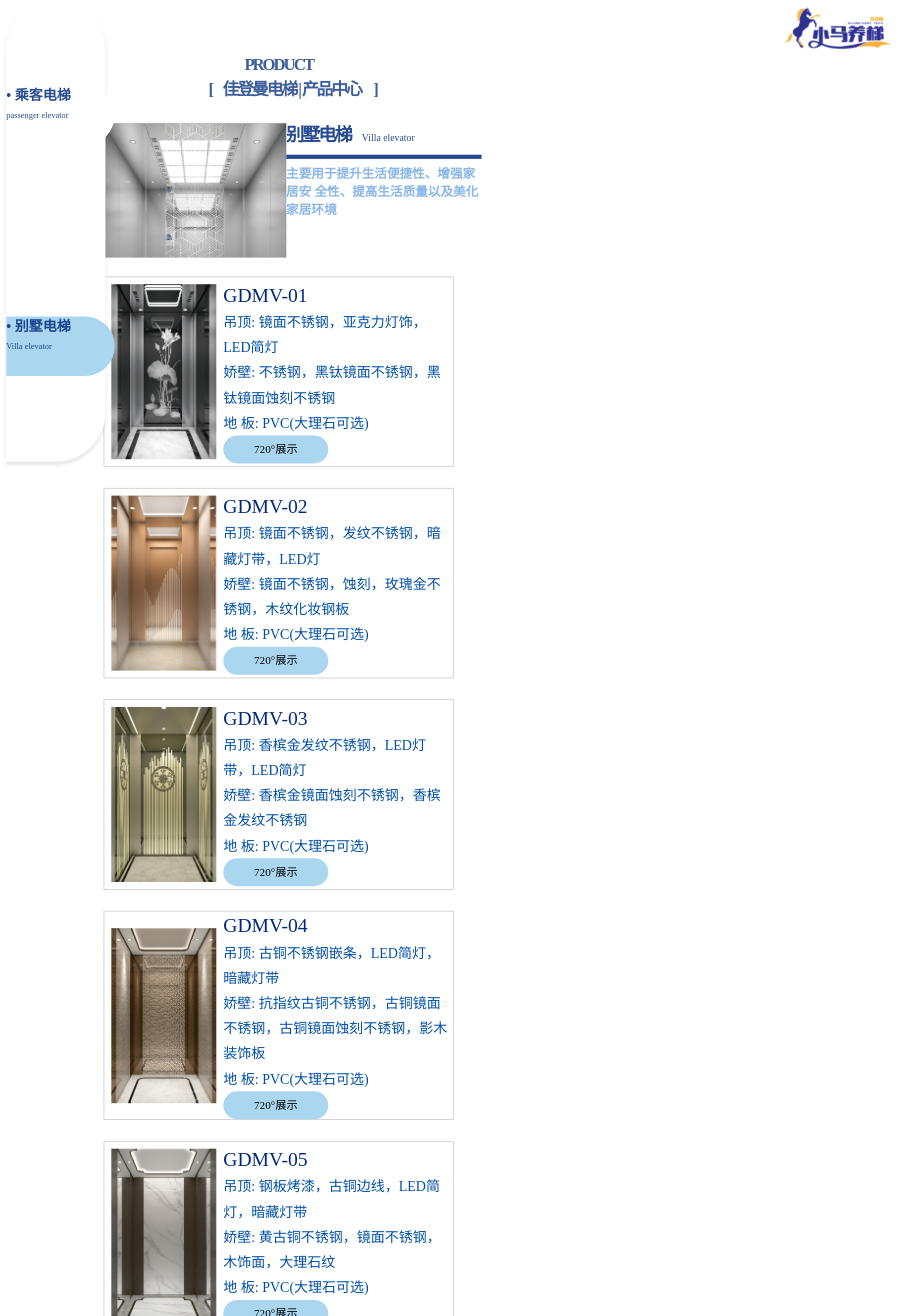
Repository: XIE-code/elevator-ipad
Page: /#/product/Villa
These files come from the project's save history. The page is drawn as it stood at one moment and after the next save; the edit follows.
The browser window is 1280 px wide. The page is 1288 px wide, so the pictures cover 1288 px, including what lies to the right of the window. The pictures show the part of the page from y = 0 to 1880 px (the page is 2808 px tall), at 70% of full size.
The project was rebuilt for these pictures with package versions that can differ from the ones it lists, and the page was loaded fresh each time. Also part of the build but not shown: vue.config.js.

Above is the page before, as saved 2025-03-25 17:01:46.

After the next save:
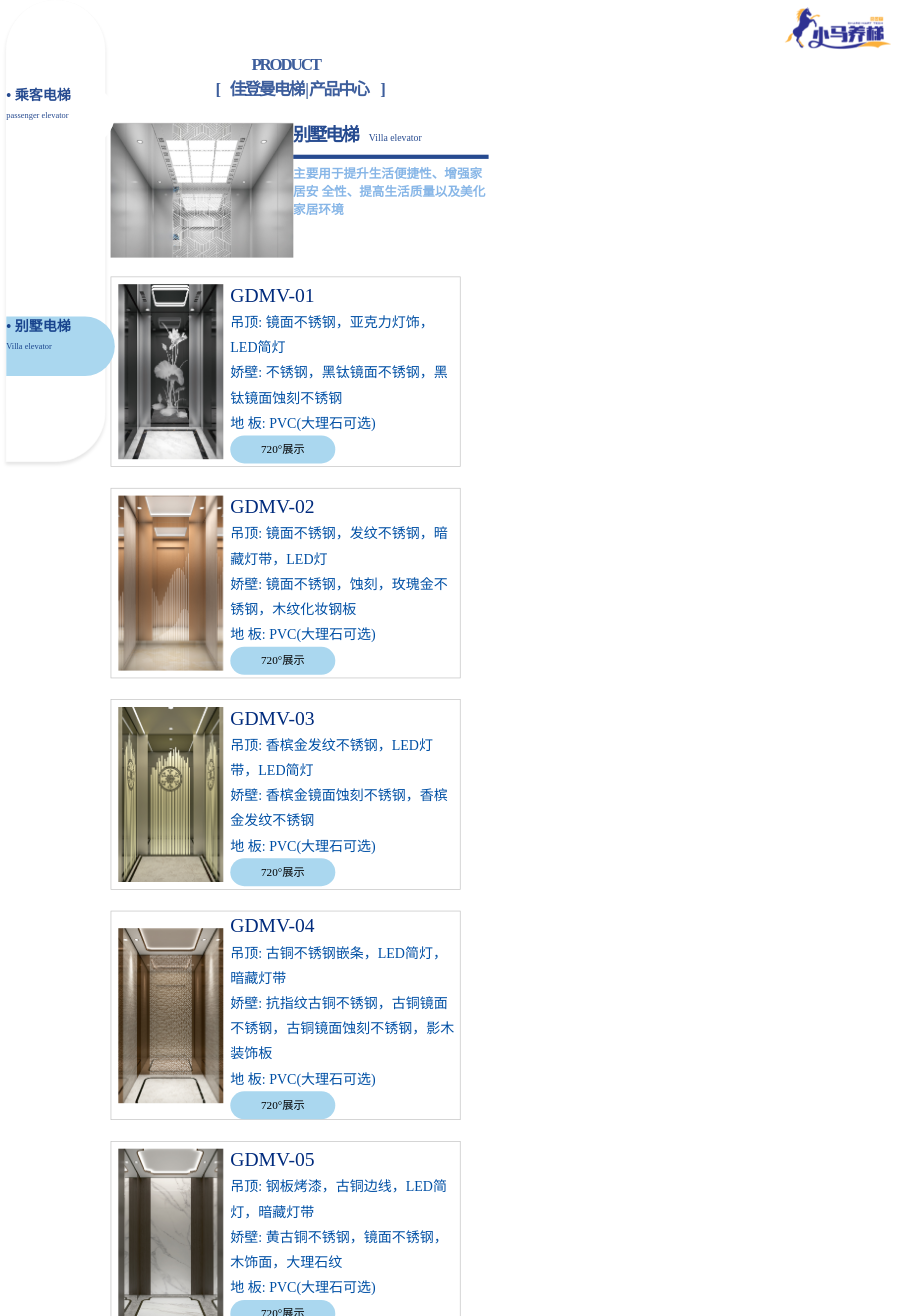
Saved 7 s later.
--- a/src/views/product/VillaElevator.vue
+++ b/src/views/product/VillaElevator.vue
@@ -362,7 +362,7 @@
     width: 31.25rem;
     height: 75rem;
     margin-left: 40px;
-    margin-left: 140px;
+    margin-left: 150px;
 }
 .web .web-text .center-title {
     width: 12.5rem;
